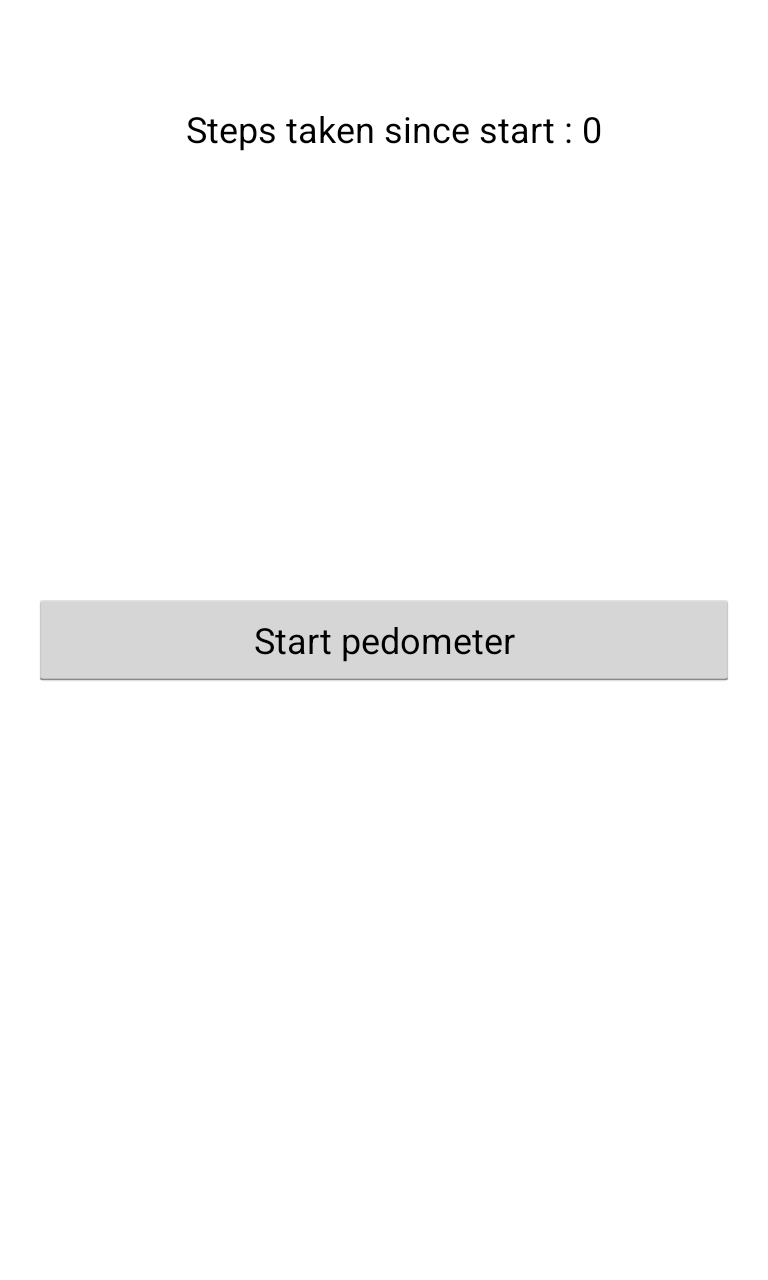
Repository: egelon/CardioAssistant
Layout: CardioAssistant/res/layout/activity_main.xml
An editor plug-in stored every save of this project. The layout is shown before and after the next save, followed by the edit.
It is drawn on a 768 x 1280 px phone screen (xhdpi) without system bars, with theme AppTheme; the app's code is not run.

Above is the layout before, as saved 2014-01-20 13:30:12.

### CardioAssistant/res/layout/activity_main.xml
<RelativeLayout xmlns:android="http://schemas.android.com/apk/res/android"
    xmlns:tools="http://schemas.android.com/tools"
    android:layout_width="match_parent"
    android:layout_height="match_parent"
    android:paddingBottom="@dimen/activity_vertical_margin"
    android:paddingLeft="@dimen/activity_horizontal_margin"
    android:paddingRight="@dimen/activity_horizontal_margin"
    android:paddingTop="@dimen/activity_vertical_margin"
    tools:context=".MainActivity" >

    <Button
        android:id="@+id/startPedometerButton"
        android:layout_width="match_parent"
        android:layout_height="wrap_content"
        android:layout_alignParentRight="true"
        android:layout_centerVertical="true"
        android:text="@string/start_pedometer" />

    <TextView
        android:id="@+id/stepsTakenLabel"
        android:layout_width="wrap_content"
        android:layout_height="wrap_content"
        android:layout_alignParentTop="true"
        android:layout_centerHorizontal="true"
        android:layout_marginTop="36dp"
        android:text="@string/steps_taken_label"
        android:textAppearance="?android:attr/textAppearanceMedium" />

    <TextView
        android:id="@+id/stepsTakenCounterLabel"
        android:layout_width="wrap_content"
        android:layout_height="wrap_content"
        android:layout_alignBaseline="@+id/stepsTakenLabel"
        android:layout_alignBottom="@+id/stepsTakenLabel"
        android:layout_toRightOf="@+id/stepsTakenLabel"
        android:text="@string/steps_taken_counter"
        android:textAppearance="?android:attr/textAppearanceMedium" />

</RelativeLayout>

### CardioAssistant/res/values/strings.xml
<?xml version="1.0" encoding="utf-8"?>
<resources>

    <string name="app_name">Cardio Assistant</string>
    <string name="action_settings">Settings</string>
    <string name="hello_world">Hello world!</string>
    <string name="start_pedometer">Start pedometer</string>
    <string name="steps_taken_label">"Steps taken since start : "</string>
    <string name="steps_taken_counter">0</string>

</resources>

Loaded but not shown: CardioAssistant/res/values/styles.xml (common file); CardioAssistant/res/values-v11/styles.xml (common file); CardioAssistant/res/values-v14/styles.xml (common file); CardioAssistant/res/values/dimens.xml (common file)

After the next save:
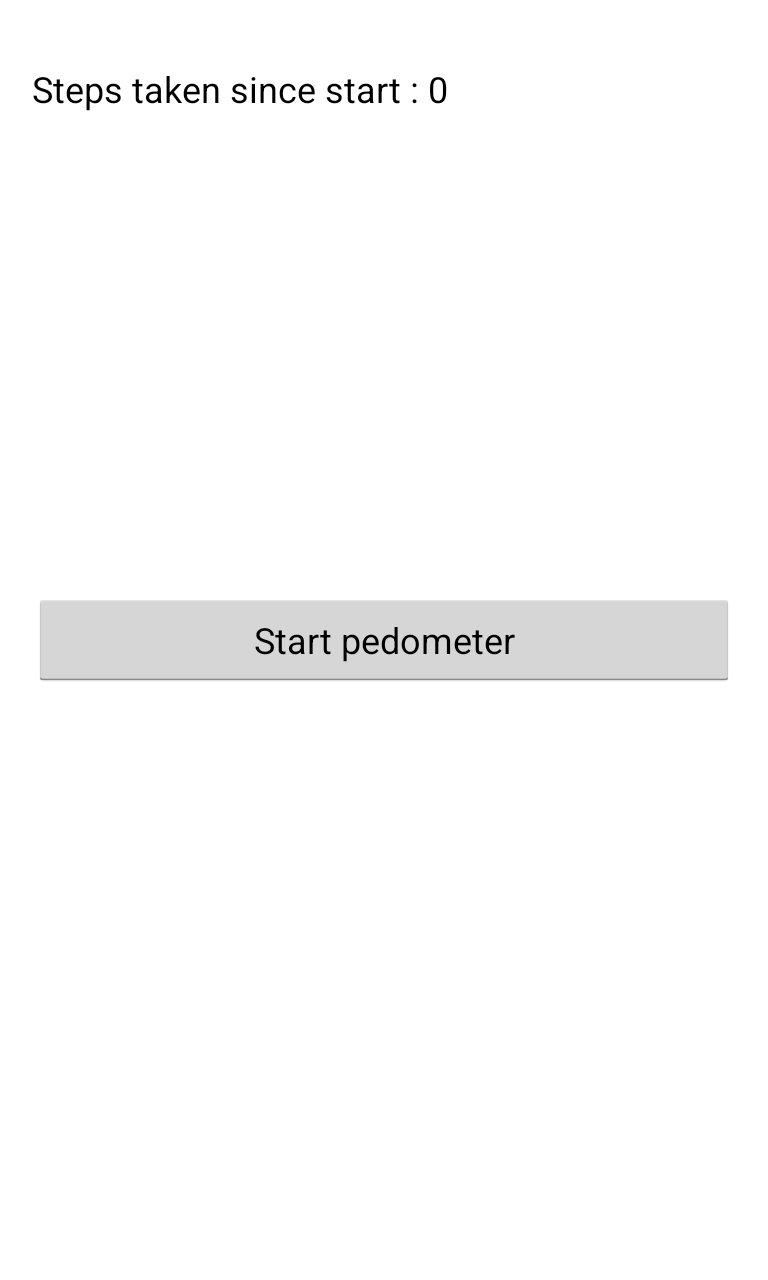
Saved 48 s later.
--- a/CardioAssistant/res/layout/activity_main.xml
+++ b/CardioAssistant/res/layout/activity_main.xml
@@ -14,17 +14,8 @@
         android:layout_height="wrap_content"
         android:layout_alignParentRight="true"
         android:layout_centerVertical="true"
-        android:text="@string/start_pedometer" />
-
-    <TextView
-        android:id="@+id/stepsTakenLabel"
-        android:layout_width="wrap_content"
-        android:layout_height="wrap_content"
-        android:layout_alignParentTop="true"
-        android:layout_centerHorizontal="true"
-        android:layout_marginTop="36dp"
-        android:text="@string/steps_taken_label"
-        android:textAppearance="?android:attr/textAppearanceMedium" />
+        android:text="@string/start_pedometer"
+        android:onClick="StartPedometerService" />
 
     <TextView
         android:id="@+id/stepsTakenCounterLabel"
@@ -36,4 +27,14 @@
         android:text="@string/steps_taken_counter"
         android:textAppearance="?android:attr/textAppearanceMedium" />
 
+    <TextView
+        android:id="@+id/stepsTakenLabel"
+        android:layout_width="wrap_content"
+        android:layout_height="wrap_content"
+        android:layout_alignLeft="@+id/startPedometerButton"
+        android:layout_alignParentTop="true"
+        android:layout_marginTop="16dp"
+        android:text="@string/steps_taken_label"
+        android:textAppearance="?android:attr/textAppearanceMedium" />
+
 </RelativeLayout>
